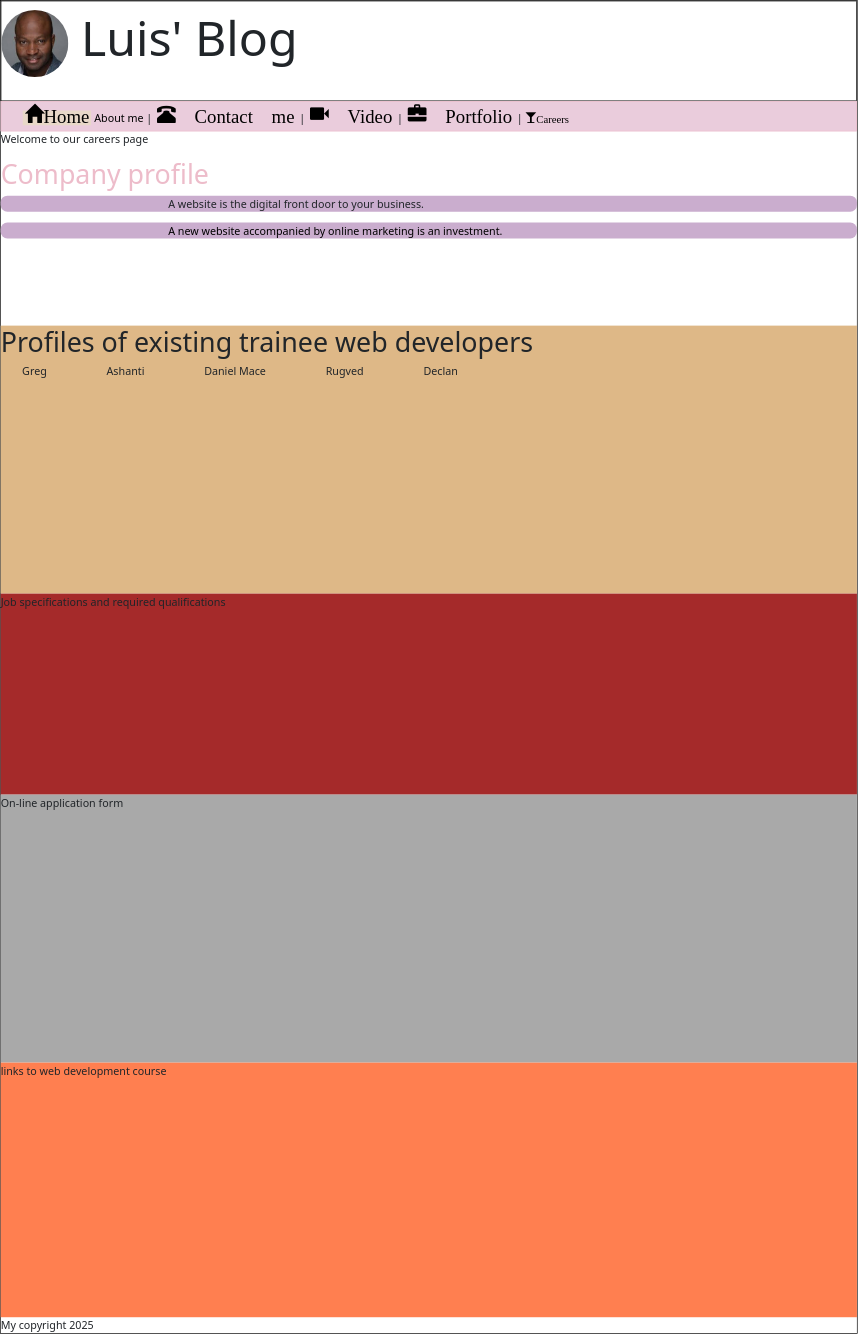
Repository: wduluis/wduluis.github.io
Page: careers.html
These files come from the project's save history. The page is drawn as it stood at one moment and after the next save; the edit follows.
The browser window is 1280 px wide. The pictures show the whole page, at 67% of full size.

Above is the page before, as saved 2025-05-09 12:16:30.

### careers.html
<!doctype html>
<html lang="en-GB">

<head>
<meta charset="utf-8" />
<meta name="viewport" content="width=width-device, initial-scale=1 strink-to-fit=no" />
<meta description="Website development, Web design" />
<title>Luis's Blog </title>
<link rel="stylesheet" type="text/css" href="mycss/myblog.css" />
<script type="text/javascript" src="myjsfiles/mytasks.js"/> </script>

<link rel="stylesheet" type="text/css" href="my_bootstrap/css/bootstrap.min.css" />

<link rel="stylesheet" type="text/css" href="glyphicons-only-bootstrap/css/bootstrap.min.css" />

<script type="text/javascript" src="my_bootstrap/js/bootstrap.min.js" /> </script>

<script type="text/javascript" src="my_jquery/jquery-3.7.1.min.js" /> </script>




</head>
<body>
<div id="mypage">
<div id="banner"> <img src="images/luis_photo.jpg" alt="photo of Luis Ibhiabor" width="100" height="100"/> Luis' Blog</div>
<div id="topnav">
<ul>
<li class="hm"> <a href="index.html" class="glyphicon glyphicon-home gi-2x">Home</a></li>
<li> <a href="aboutus.html"> About me </a> </li> |
<li> <a href="contacts.html" class="glyphicon glyphicon-phone-alt gi-2x"> Contact me </a> </li> |
<li> <a href="video.html" class="glyphicon glyphicon glyphicon-facetime-video gi-2x"> Video </a> </li> |
<li> <a href="portfolio.html" class="glyphicon glyphicon glyphicon-briefcase gi-2x"> Portfolio </a> </li> |
<li> <a href="careers.html" class="glyphicon glyphicon-glass g1-2x">Careers</a></li>

</ul>
</div>

<div id="contentarea">
<p> Welcome to our careers page</p>

<div class="company_profile">
    <h1>Company profile</h1>
    <p>A website is the digital front door to your business.</p>
    <p class="pp2">A new website accompanied by online marketing is an investment.</p>


</div>

<div class="current_trainees"><h1>Profiles of existing trainee web developers</h1>
<ul>
    <li class="name">Greg</li>
    <li class="name">Ashanti</li>
    <li class="name">Daniel Mace</li>
    <li class="name">Rugved</li>
    <li class="name">Declan</li>
</ul>


</div>

<div class="job_spec"><p>Job specifications and required qualifications</p></div>
<div class="application_form"><p>On-line application form</p></div>

<div class="our_courses"><p>links to web development course</p></div>

 </div>

<div id="pagefooter"> My copyright 2025 </div>

</div>
</body>
</html>

### mycss/myblog.css

body {
background-color: #fff;
font-family: Arial, Helvetica, sans-serif;
}

#mypage {
border: 1px solid #000;
/* width: 1400px; */
width: 100%;
}

#banner {
height: 150px;
border: 1px solid #000;
}

#topnav {
height: 45px;
border: 1px solid #edbcca;
}

/*Improving it starts here*/
#topnav {
background-color: #eaccdc;

}

.gi-2x{font-size: 28px; padding: 3px;}
.gi-3x{font-size: 3em;}
.gi-4x{font-size: 4em;}
.gi-5x{font-size: 5em;}


#banner img {
border-radius: 50%;

/*height: 100px; width: 100px; background-color: #ff5733; margin: auto;*/
}

/*Improving it ends here*/


#topnav ul li{
text-decoration: none;
display: inline;
}

#topnav a:link {
text-decoration: none;
color: #000;
}

#topnav a:visited {
color: #caadce;
}

#topnav a:hover {
background-color: #000;
}

#contentarea {
height: auto;
/* height: 700px; */

}


#banner {
font-size: 450%;

}

.hm {
height: 25px;
background-color: #e8d8c8;
}




/*
#topnav ul li {
text-decoration: none;
display: inline;

}

https://developers.google.com/fonts/docs/getting_started

#mypage {


border: 1px solid #000;
}

*/

.company_profile {
    width: 100%;
    height: 250px;
    /* background-color: #c8def2; */
    /* border-radius: 8px;
    margin: 10px; */
}

.current_trainees {
    width: 100%;
    height: 400px;
    background-color:burlywood;
}

.job_spec {
    width: 100%;
    height: 300px;
    background-color:brown;
}

.application_form {
    width: 100%;
    height: 400px;
    background-color:darkgray;
}

.our_courses {
    width: 100%;
    height: 380px;
    background-color: coral;
}

.current_trainees ul li{
    display: inline;
    margin-right: 85px;
}

.company_profile h1 {
    color: #edbcca;
}

.company_profile p {
     padding-left: 250px;
     border-radius: 10px;
     background-color: #caadce;
}

.pp2 {
    color: #000;
}

### myjsfiles/mytasks.js
/*
document.write("Hello World!");
window.alert("Welcome to my blog!");
*/

Loaded but not shown: my_bootstrap/css/bootstrap.min.css (library); glyphicons-only-bootstrap/css/bootstrap.min.css (library); my_bootstrap/js/bootstrap.min.js (library); my_jquery/jquery-3.7.1.min.js (library)

After the next save:
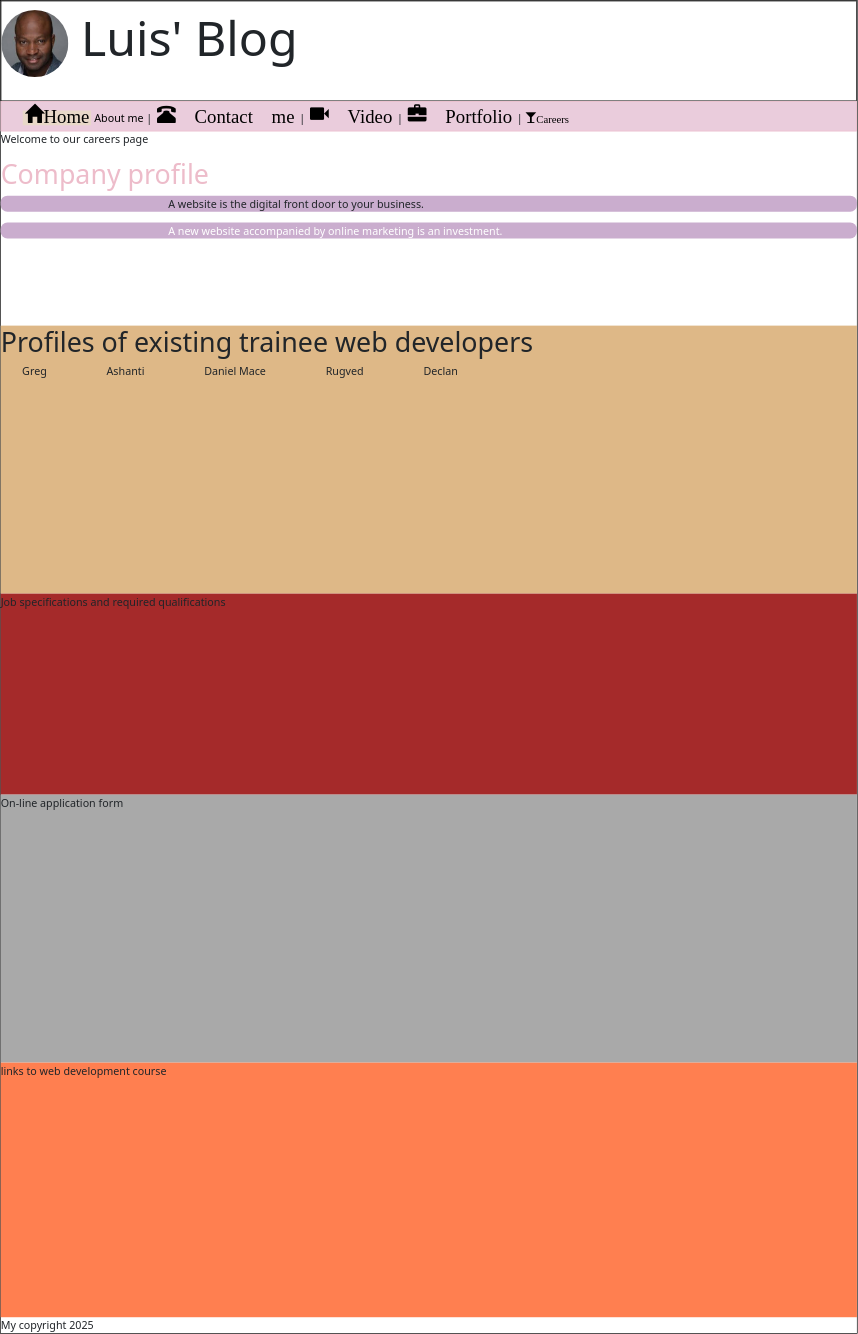
Saved 18 s later.
--- a/mycss/myblog.css
+++ b/mycss/myblog.css
@@ -144,5 +144,5 @@ border: 1px solid #000;
 }
 
 .pp2 {
-    color: #000;
+    color: #fff;
 }
